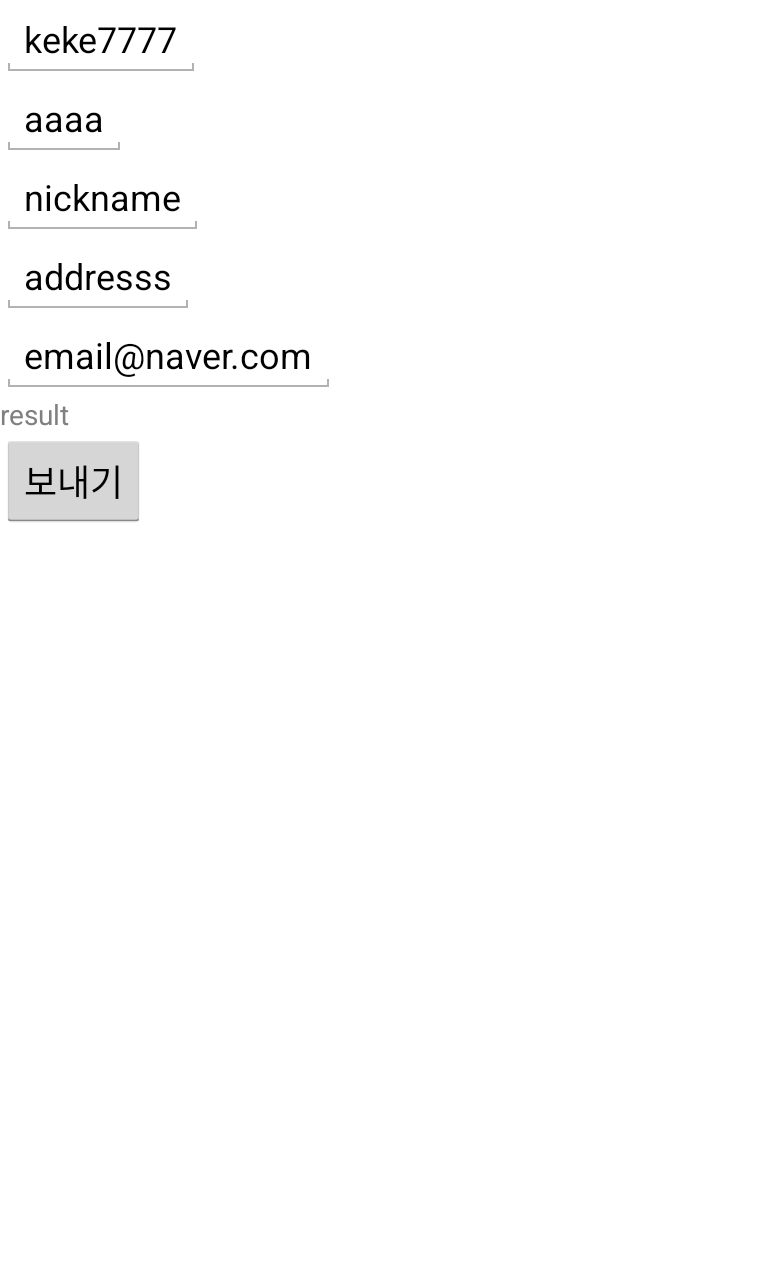
Repository: HSUmod/nanumi
Layout: Nanumi/Test/res/layout/activity_main.xml
The author's editor kept a copy of each file at every save. The layout is drawn from the files as they stood at one save, then again after the next save.
It is drawn on a 768 x 1280 px phone screen (xhdpi) without system bars, with theme AppTheme; the app's code is not run.

Above is the layout before, as saved 2015-11-12 01:34:31.

After the next save:
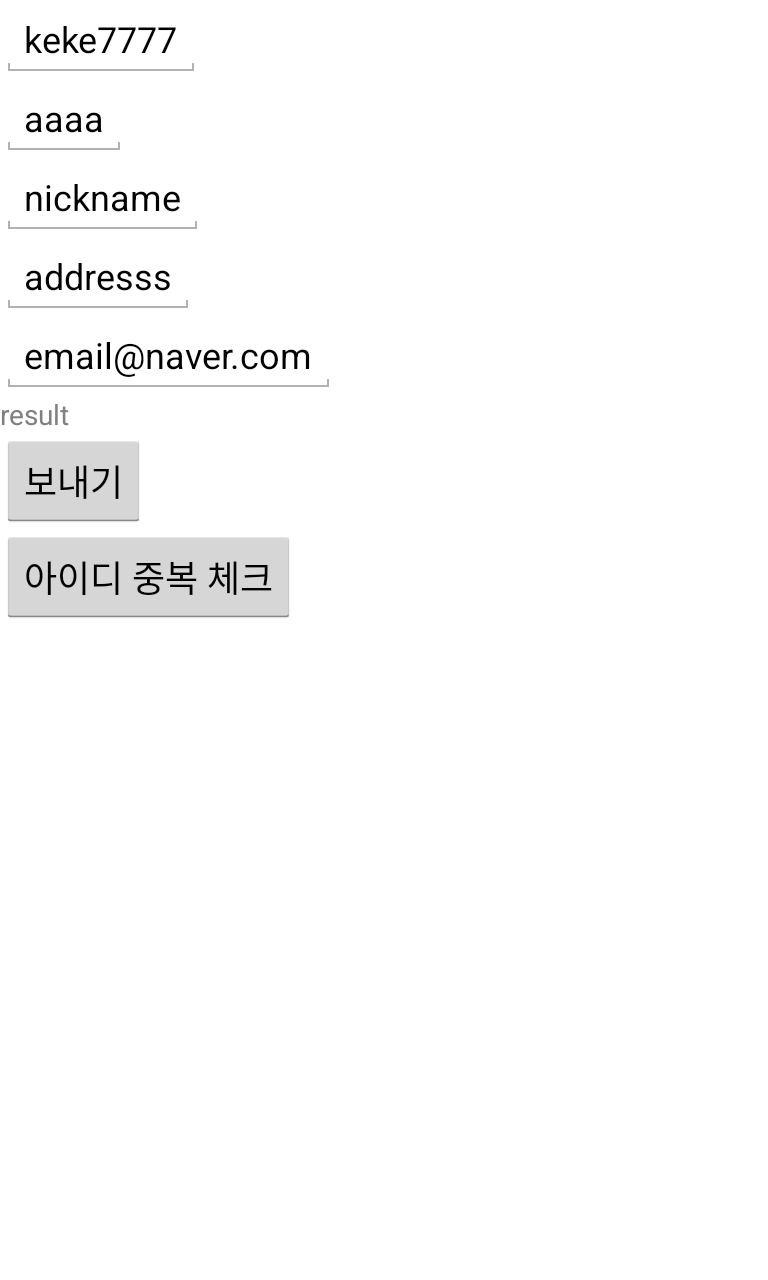
Saved 5 min 50 s later.
--- a/Nanumi/Test/res/layout/activity_main.xml
+++ b/Nanumi/Test/res/layout/activity_main.xml
@@ -47,4 +47,11 @@
         android:layout_height="wrap_content"
         android:text="보내기" />
 
+
+    <Button
+        android:id="@+id/checkBtn"
+        android:layout_width="wrap_content"
+        android:layout_height="wrap_content"
+        android:text="아이디 중복 체크" />
+
 </LinearLayout>
